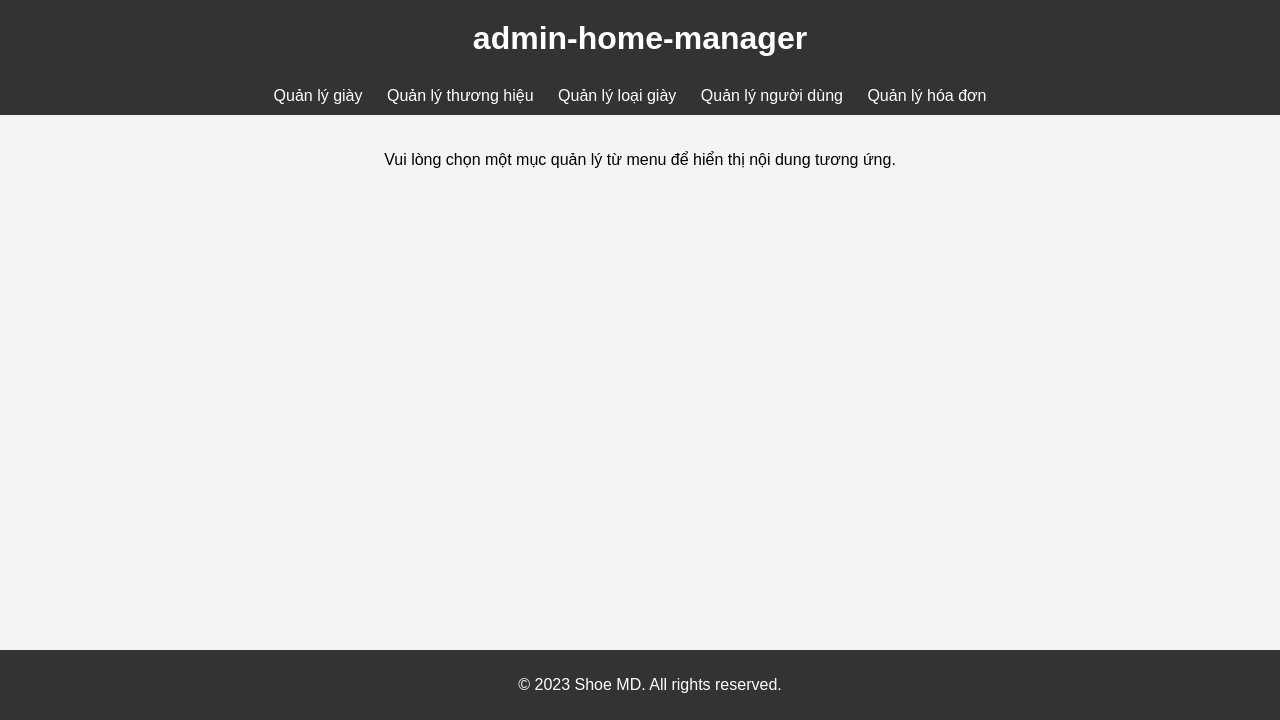
Repository: longsoisuaxe1a/shoe-md
Page: http://localhost/Project_Shoe/WEB-INF/view/admin-home-manager.jsp
The author's editor kept a copy of each file at every save. The page is drawn from the files as they stood at one save, then again after the next save.
The browser window is 1280 px wide. The pictures show the whole page.
The page is served by Tomcat 9. Nobody is signed in. The template is opened directly, without the code that normally fills it, so the values that code supplies are empty.

Above is the page before, as saved 2023-12-20 14:23:44.

After the next save:
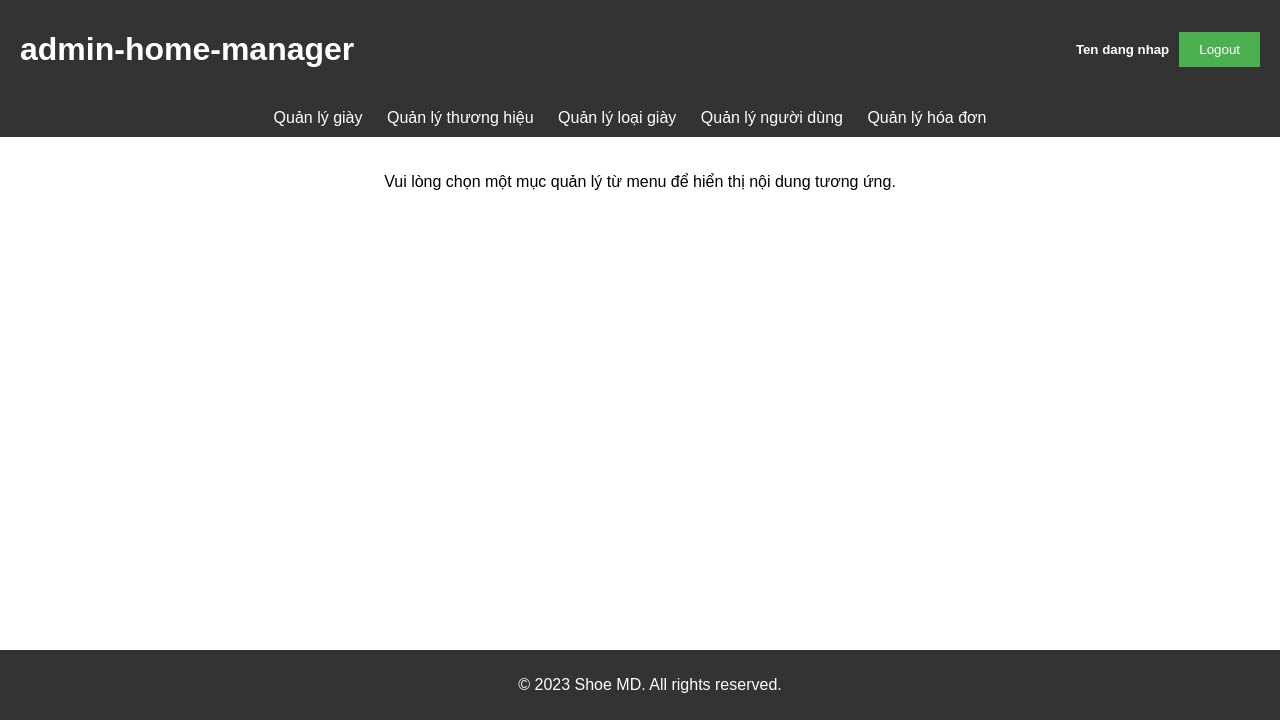
Saved 9 min 29 s later.
--- a/Project_Shoe/src/main/webapp/WEB-INF/view/admin-home-manager.jsp
+++ b/Project_Shoe/src/main/webapp/WEB-INF/view/admin-home-manager.jsp
@@ -7,105 +7,94 @@
 <title>admin-home-manager</title>
 <style>
 body {
-    font-family: 'Arial', sans-serif;
-    margin: 0;
-    padding: 0;
-    background-color: #f4f4f4; /* Background color for the body */
+	font-family: 'Arial', sans-serif;
+	margin: 0;
+	padding: 0;
 }
 
+.header {
+	background-color: #ff4081; /* Màu hồng pastel */
+	color: #fff;
+	text-align: center;
+	padding: 20px;
+}
+
+.menu {
+	background-color: #333;
+	color: #fff;
+	padding: 10px;
+	text-align: center; /* Canh giữa nội dung */
+}
+
+.menu ul {
+	list-style: none;
+	margin: 0;
+	padding: 0;
+}
+
+.menu ul li {
+	display: inline;
+	margin-right: 20px;
+}
+
+.menu a {
+	text-decoration: none;
+	color: #fff;
+	transition: underline 0.3s ease; /* Thêm hiệu ứng chuyển động */
+}
+
+.menu a:hover {
+	text-decoration: underline;
+}
+
+.content {
+	text-align: center; /* Canh giữa nội dung */
+	padding: 20px;
+}
+
+.footer {
+	background-color: #333;
+	color: #fff;
+	text-align: center;
+	padding: 10px;
+	position: fixed;
+	bottom: 0;
+	width: 100%;
+}
 .header {
     background-color: #333;
     color: #fff;
     text-align: center;
     padding: 20px;
+    display: flex;
+    justify-content: space-between;
+    align-items: center;
 }
 
 .header h1 {
-    margin: 0; /* Remove default margin for h1 */
+    margin: 0;
 }
 
 .tenDangNhap {
-    background-color: #fff;
-    border: 1px solid #ddd;
-    border-radius: 8px;
-    box-shadow: 0 0 10px rgba(0, 0, 0, 0.1);
-    padding: 20px;
-    text-align: center;
-    max-width: 300px;
-    position: fixed;
-    top: 20px;
-    right: 20px;
+    display: flex;
+    align-items: center;
 }
 
 .tenDangNhap h5 {
-    color: #333;
-    margin-bottom: 15px;
+    color: #fff;
+    margin-right: 10px;
 }
 
-.logo_user img {
-    max-width: 100%;
-    height: auto;
-    border-radius: 50%;
-    box-shadow: 0 0 5px rgba(0, 0, 0, 0.2);
-    margin-top: 10px;
-}
-
-.logout button {
+button {
     background-color: #4CAF50;
     color: #fff;
     padding: 10px 20px;
     border: none;
-    border-radius: 5px;
     cursor: pointer;
-    margin-top: 15px;
-    transition: background-color 0.3s ease; /* Smooth transition */
 }
 
-.logout button:hover {
+button:hover {
     background-color: #45a049;
-}
-
-.menu {
-    background-color: #333;
-    color: #fff;
-    padding: 10px;
-    text-align: center;
-}
-
-.menu ul {
-    list-style: none;
-    margin: 0;
-    padding: 0;
-}
-
-.menu ul li {
-    display: inline;
-    margin-right: 20px;
-}
-
-.menu a {
-    text-decoration: none;
-    color: #fff;
-    transition: color 0.3s ease; /* Smooth color transition */
-}
-
-.menu a:hover {
-    color: #ff4081; /* Highlight color on hover */
-}
-
-.content {
-    text-align: center;
-    padding: 20px;
-}
-
-.footer {
-    background-color: #333;
-    color: #fff;
-    text-align: center;
-    padding: 10px;
-    position: fixed;
-    bottom: 0;
-    width: 100%;
 }
 
 </style>
@@ -120,6 +109,10 @@ body {
 <body>
 	<div class="header">
 		<h1>admin-home-manager</h1>
+		<div class="tenDangNhap">
+            <h5>Ten dang nhap</h5>
+            <button>Logout</button>
+        </div>
 	</div>
 
 	<div class="menu">
